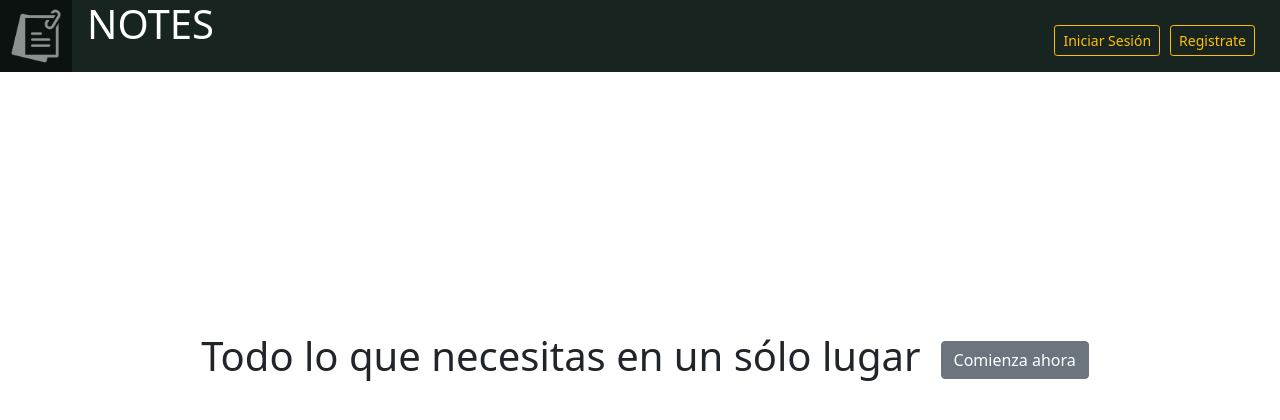
Repository: Daaira0811/TareaVue
Page: /
An editor plug-in stored every save of this project. The page is shown before and after the next save, followed by the edit.
The browser window is 1280 px wide. The pictures show the whole page.
The project was rebuilt for these pictures with package versions that can differ from the ones it lists, and the page was loaded fresh each time. Also part of the build but not shown: vite.config.js.

Above is the page before, as saved 2022-06-20 01:29:08.

After the next save:
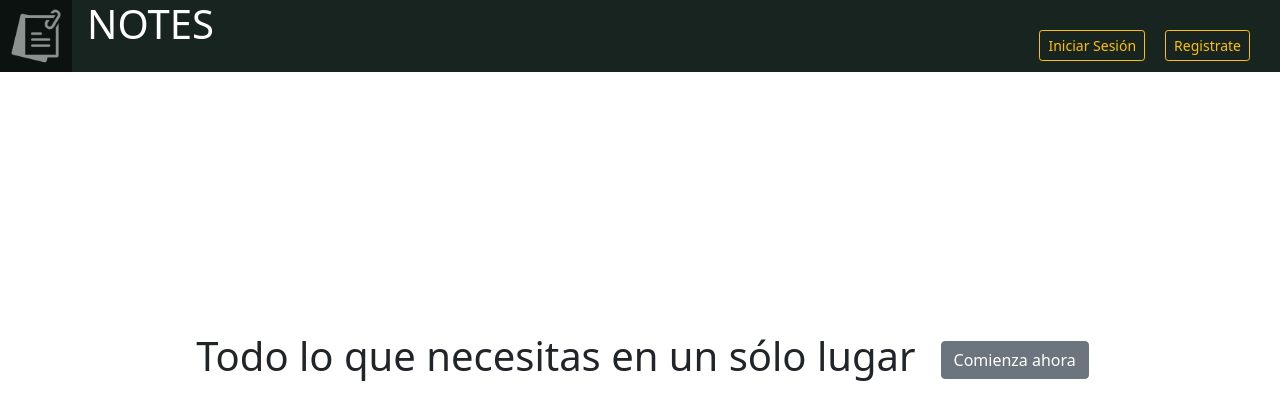
Saved 64 s later.
--- a/src/components/Login.vue
+++ b/src/components/Login.vue
@@ -26,7 +26,7 @@
         placeholder="Ingresa tu contraseña">
         </b-form-input>
         </b-form-group>
-        <b-button >
+        <b-button class="btn">
           Iniciar Sesión
         </b-button><br>
         <p>
@@ -48,16 +48,16 @@ h1{
 }
 #container-Modal{
   display:flex;
+  position: absolute;
   justify-content: center;
   align-items: center;
-  z-index: 9998;
+  z-index: 100;
   top: 0;
   left: 0;
   width: 100vw;
-  height: 90vh;
+  height: 100vh;
   background-color: rgba(0, 0, 0, .5);
-  display: table;
-  transition: opacity .3s ease
+  transition: opacity .3s ease;
 }
 #modal{
   background-color: white;
@@ -82,7 +82,7 @@ p{
 a{
   text-decoration-line: underline;
 }
-b-button{
+.btn{
   margin:10px;
 }
 </style>
